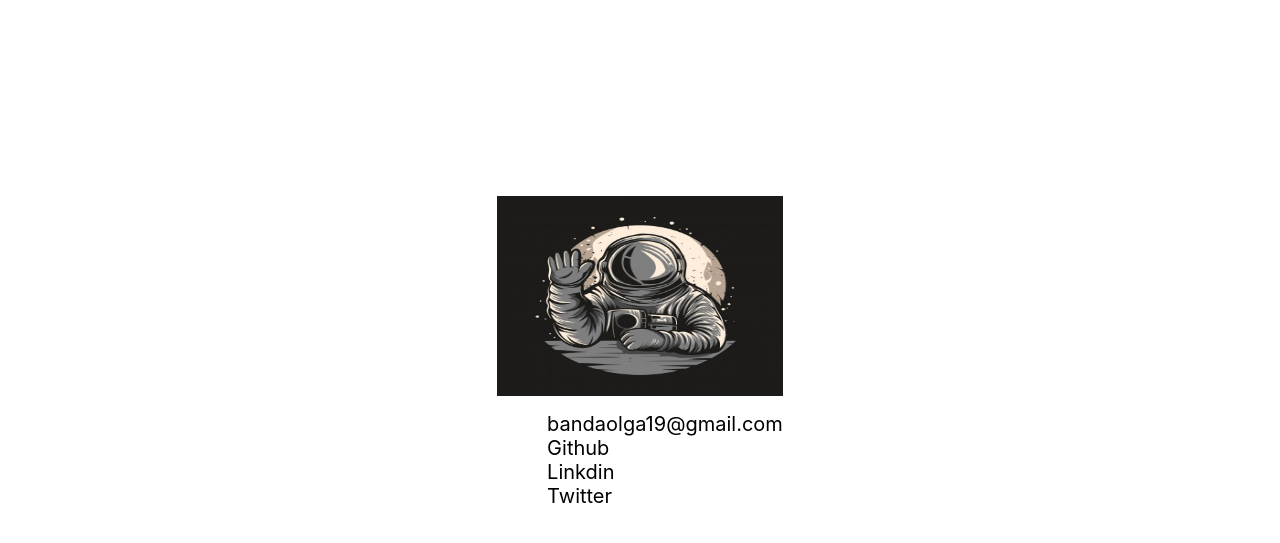
Repository: G1ft-Banda/My-portfolio-Website
Page: /
An editor plug-in stored every save of this project. The page is shown before and after the next save, followed by the edit.
The browser window is 1280 px wide. The pictures show the whole page.
The project was rebuilt for these pictures with package versions that can differ from the ones it lists, and the page was loaded fresh each time. The framework's server and built-in components were replaced by stand-ins that run in the browser. Also part of the build but not shown: next.config.js.

Above is the page before, as saved 2022-09-29 10:57:13.

After the next save:
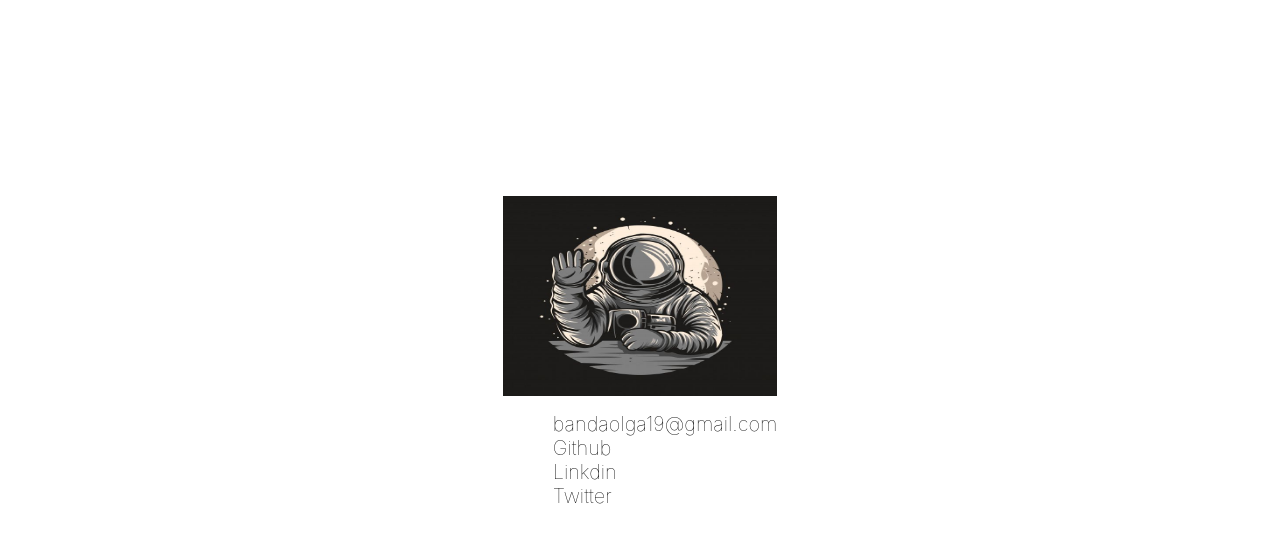
Saved 23 s later.
--- a/styles/globals.css
+++ b/styles/globals.css
@@ -28,6 +28,7 @@ main {
   display: flex;
   gap: 10px;
   align-items: center;
+  font-weight: 100;
 }
 
 @media (prefers-color-scheme: dark) {
